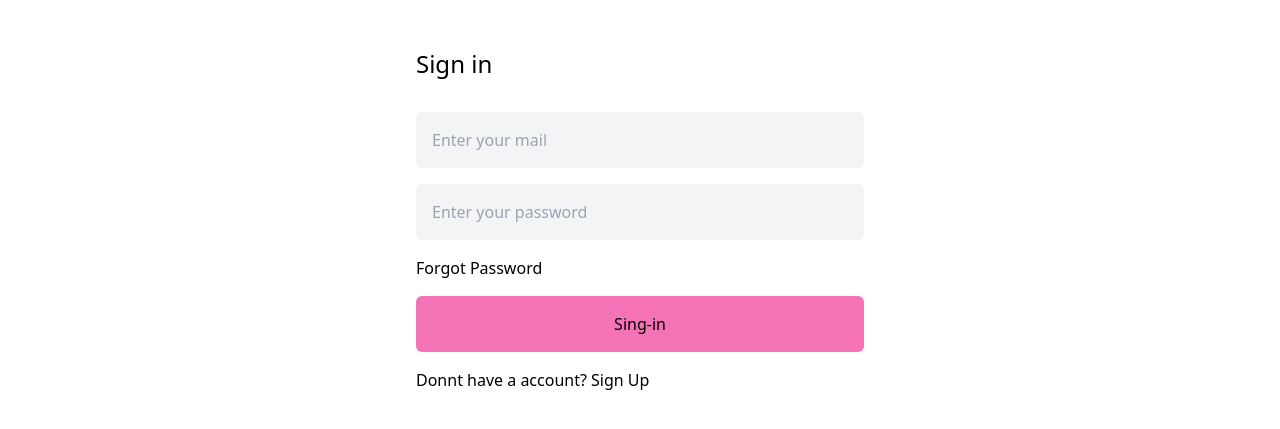
Repository: sevilgenysf/firebase
Page: /sign-in
An editor plug-in stored every save of this project. The page is shown before and after the next save, followed by the edit.
The browser window is 1280 px wide. The pictures show the whole page.
The project was rebuilt for these pictures with package versions that can differ from the ones it lists, and the page was loaded fresh each time. Also part of the build but not shown: src/pages/Home.js, src/pages/SignUp.js, src/pages/ForgotPassword.js.

Above is the page before, as saved 2023-01-04 14:34:33.

### src/App.js
import { BrowserRouter as Router, Routes, Route } from 'react-router-dom';
import Home from './pages/Home';
import SignIn from './pages/SignIn';
import SignUp from './pages/SignUp';
import ForgotPassword from './pages/ForgotPassword';

const App = () => {
	return (
		<Router>
			<Routes>
				<Route path="/" element={<Home />} />
				<Route path="/sign-in" element={<SignIn />} />
				<Route path="/sign-up" element={<SignUp />} />
				<Route path="/forgot-password" element={<ForgotPassword />} />
			</Routes>
		</Router>
	);
};

export default App;

### src/pages/SignIn.js
import { useState, useCallback } from 'react';
import { signInWithEmailAndPassword } from 'firebase/auth';
import { Link } from 'react-router-dom';
import { auth } from '../firebase';

const SingIn = () => {
	const [email, setEmail] = useState('');
	const [password, setPassword] = useState('');

	const handleSubmit = useCallback(
		(e) => {
			e.preventDefault();
			if (!email || !password) {
				return;
			}

			signInWithEmailAndPassword(auth, email, password)
				.then(() => {
					alert('hey, you have signed in');
				})
				.catch((e) => {
					console.log(e);
				});
		},
		[email, password]
	);

	return (
		<div className="max-w-md mx-auto py-12">
			<h1 className="text-2xl">Sign in</h1>
			<form onSubmit={handleSubmit} className="flex flex-col gap-4 mt-8">
				<input
					type="email"
					placeholder="Enter your mail"
					value={email}
					onChange={(e) => setEmail(e.currentTarget.value)}
					className="p-4 bg-gray-100 rounded-md"
				/>
				<input
					type="password"
					placeholder="Enter your password"
					value={password}
					onChange={(e) => setPassword(e.currentTarget.value)}
					className="p-4 bg-gray-100 rounded-md"
				/>
				<Link to="/forgot-password">Forgot Password</Link>
				<input
					type="submit"
					className="p-4 bg-pink-400 rounded-md"
					value="Sing-in"
				/>
				<Link to="/sign-up">Donnt have a account? Sign Up</Link>
			</form>
		</div>
	);
};

export default SingIn;

### src/firebase.js
import { initializeApp } from 'firebase/app';
import { getAuth } from 'firebase/auth';

const firebaseConfig = {
	apiKey: 'AIzaSyA9AQ6GBecnDjzYQorOMotUQvkcZgmFqdE',
	authDomain: 'post-app-3203e.firebaseapp.com',
	projectId: 'post-app-3203e',
	storageBucket: 'post-app-3203e.appspot.com',
	messagingSenderId: '905467232334',
	appId: '1:905467232334:web:31883f07cf29e9dbcac31f',
	measurementId: 'G-YNJEF03DBC'
};

const app = initializeApp(firebaseConfig);
export const auth = getAuth(app);

### tailwind.config.js
/** @type {import('tailwindcss').Config} */
module.exports = {
	content: ['./src/**/*.{js,jsx,ts,tsx}'],
	theme: {
		extend: {}
	},
	plugins: []
};

Loaded but not shown: public/index.html (common file); src/index.js (common file); src/index.css (common file); src/reportWebVitals.js (common file)

After the next save:
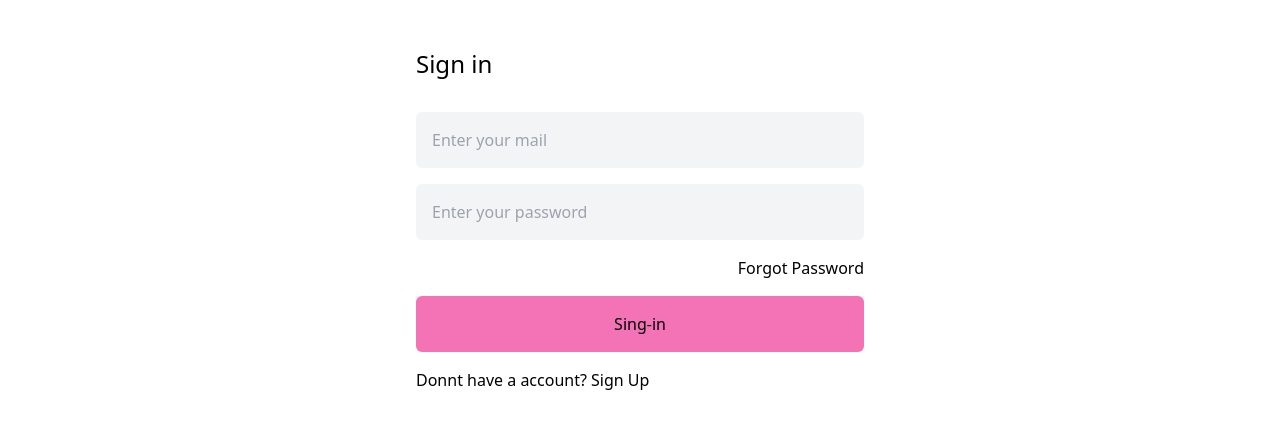
Saved 50 s later.
--- a/src/pages/SignIn.js
+++ b/src/pages/SignIn.js
@@ -43,7 +43,9 @@ const SingIn = () => {
 					onChange={(e) => setPassword(e.currentTarget.value)}
 					className="p-4 bg-gray-100 rounded-md"
 				/>
-				<Link to="/forgot-password">Forgot Password</Link>
+				<Link to="/forgot-password" className="ml-auto">
+					Forgot Password
+				</Link>
 				<input
 					type="submit"
 					className="p-4 bg-pink-400 rounded-md"
